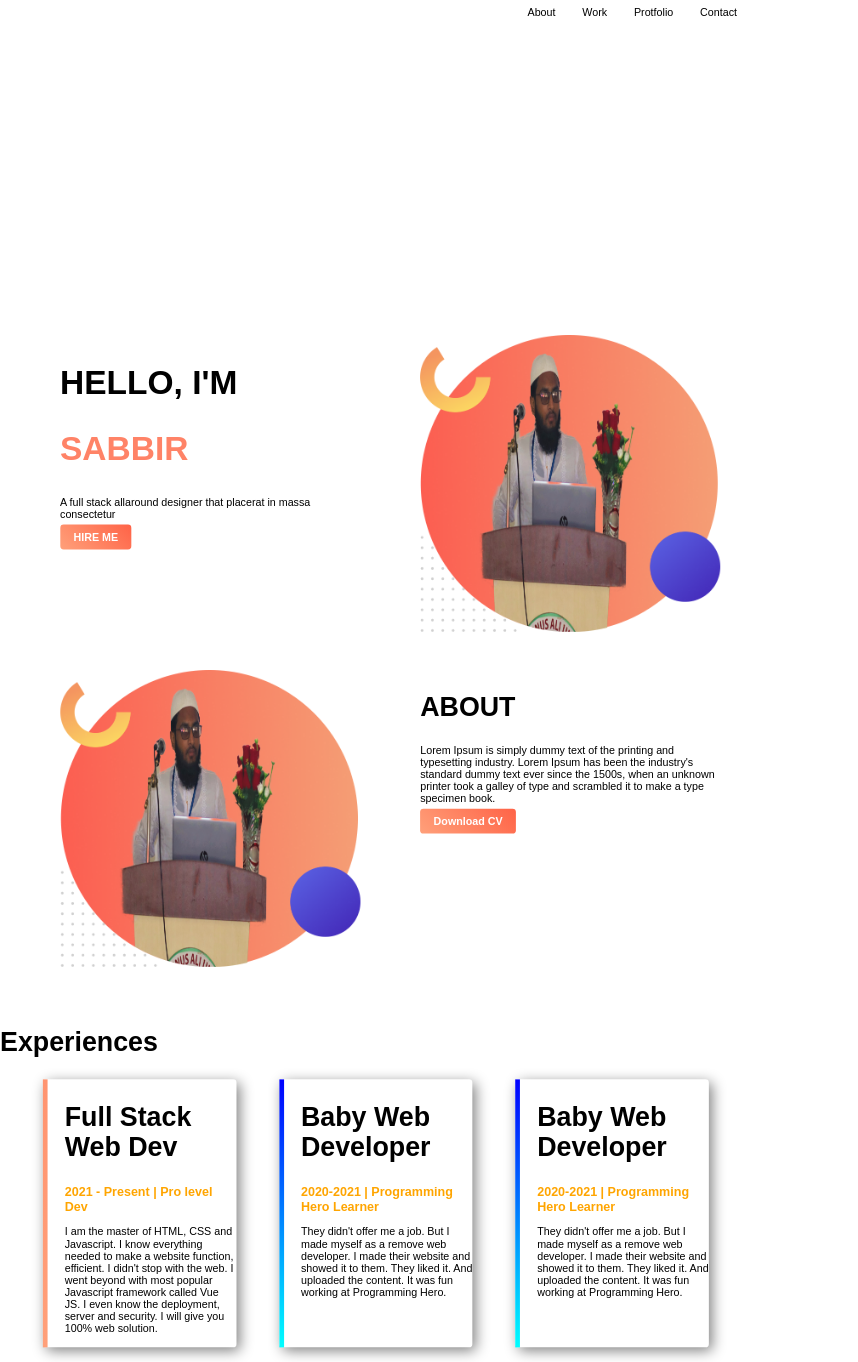
Repository: sabbircse3/personal-website
Page: index.html
An editor plug-in stored every save of this project. The page is shown before and after a run of saves, followed by the edit.
The browser window is 1280 px wide. The pictures show the whole page, at 67% of full size.

Above is the page before, as saved 2021-01-06 00:17:11.

### index.html
<!DOCTYPE html>
<html lang="en">
<head>
    <title>personal-website</title>
    <link rel="preconnect" href="https://fonts.gstatic.com">
    <link href="https://fonts.googleapis.com/css2?family=Montserrat&display=swap" rel="stylesheet">
    <link rel="stylesheet" href="style.css">
</head>
<body>

    <section>
        <div>
            <ul id="menu">
                <li><a href="#">Contact</a></li>
                <li><a href="#">Protfolio</a></li>
                <li><a href="#">Work</a></li>
                <li><a href="#">About</a></li>
            </ul>
        </div>
    </section>

    <section class="top-banner">
        <div class="half-width">
            <h1>HELLO, I'M</h1>
            <h1> <span class="name-highlight">SABBIR</span></h1>
            <p>A full stack allaround designer that placerat in massa consectetur</p>
            <a class="link-button" target="_blank" href="https://www.linkedin.com/company/programminghero/">HIRE ME</a>
        </div>

        <div class="half-width">
            <img src="images/sabbir1.png" alt="">
        </div>
    </section>

    <section class="about">
        <div class="half-width">
            <img src="images/sabbir1.png" alt="">
        </div>

        <div class="half-width">
            <h2> ABOUT</h2>
            <p>Lorem Ipsum is simply dummy text of the printing and typesetting industry. Lorem Ipsum has been the industry's standard dummy text ever since the 1500s, when an unknown printer took a galley of type and scrambled it to make a type specimen book.</p>
            <a class="link-button" target="_blank" href="https://www.linkedin.com/company/programminghero/">Download CV</a>
        </div>

    </section>

    <section class="experience-area">
        <h2>Experiences</h2>
        <div id="full-stack" class="half-width single-experience">
            <h2>Full Stack Web Dev</h2>
            <h3 class="orange-highlight">2021 - Present | Pro level Dev</h3>
            <p>I am the master of HTML, CSS and Javascript. I know everything needed to make a website function, efficient. I didn't stop with the web. I went beyond with most popular Javascript framework called Vue JS. I even know the deployment, server and security. I will give you 100% web solution.</p>

        </div>

        <div id="baby-web" class="half-width single-experience">
            <h2>Baby Web Developer</h2>
            <h3 class="orange-highlight">2020-2021 | Programming Hero Learner</h3>
            <p>They didn't offer me a job. But I made myself as a remove web developer. I made their website and showed it to them. They liked it. And uploaded the content. It was fun working at Programming Hero.</p>

        </div>

        <div id="baby-web" class="half-width single-experience">
            <h2>Baby Web Developer</h2>
            <h3 class="orange-highlight">2020-2021 | Programming Hero Learner</h3>
            <p>They didn't offer me a job. But I made myself as a remove web developer. I made their website and showed it to them. They liked it. And uploaded the content. It was fun working at Programming Hero.</p>

        </div>



    </section>

</body>
</html>

### style.css
body{
    font-family: sans-serif;
    margin: 0px;
}
#menu{
	padding:0;
	list-style-type:none;
	width:960px;
	margin:0 auto;
}
#menu li{
	float:right;
}
#menu li a{
	color:black;
	text-decoration:none;
	padding:10px 20px;
	display:block;
}

h1{
    font-size: 50px;
}
h2{
    font-size: 40px;
}
.name-highlight{
    color: #FF8367;
}
.half-width{
    width: 35%;
    float: left;
    margin-left: 5%;
    padding-left: 2%;
}
.half-width img{
    width: 100%;
}

section{
    height: 500px;
}
.link-button{
    text-decoration: none;
    background-image: linear-gradient(45deg, lightSalmon, tomato);
    padding: 10px 20px;
    border-radius: 5px;
    color: white;
    font-weight: 700;
}
.experience-area{
    background-image: #E5E5E5
    background-repeat: no-repeat;
    background-position: left;
}
.orange-highlight{
    color: orange;
}
.single-experience{
    box-shadow: 5px 5px 20px gray;
    border-radius: 5px;
	height: 80%;
	width: 20%;
}
#full-stack{
    border-left: 7px solid;
    border-image: linear-gradient(80deg, lightSalmon, tomato);
    border-image-slice: 1;
    background-color: white;
}
#baby-web{
    border-left: 7px solid;
    border-image: linear-gradient(180deg, blue, cyan);
    border-image-slice: 1;
}
footer p{
    text-align: center;
    font-size: 12px;
}

After the next 2 saves:
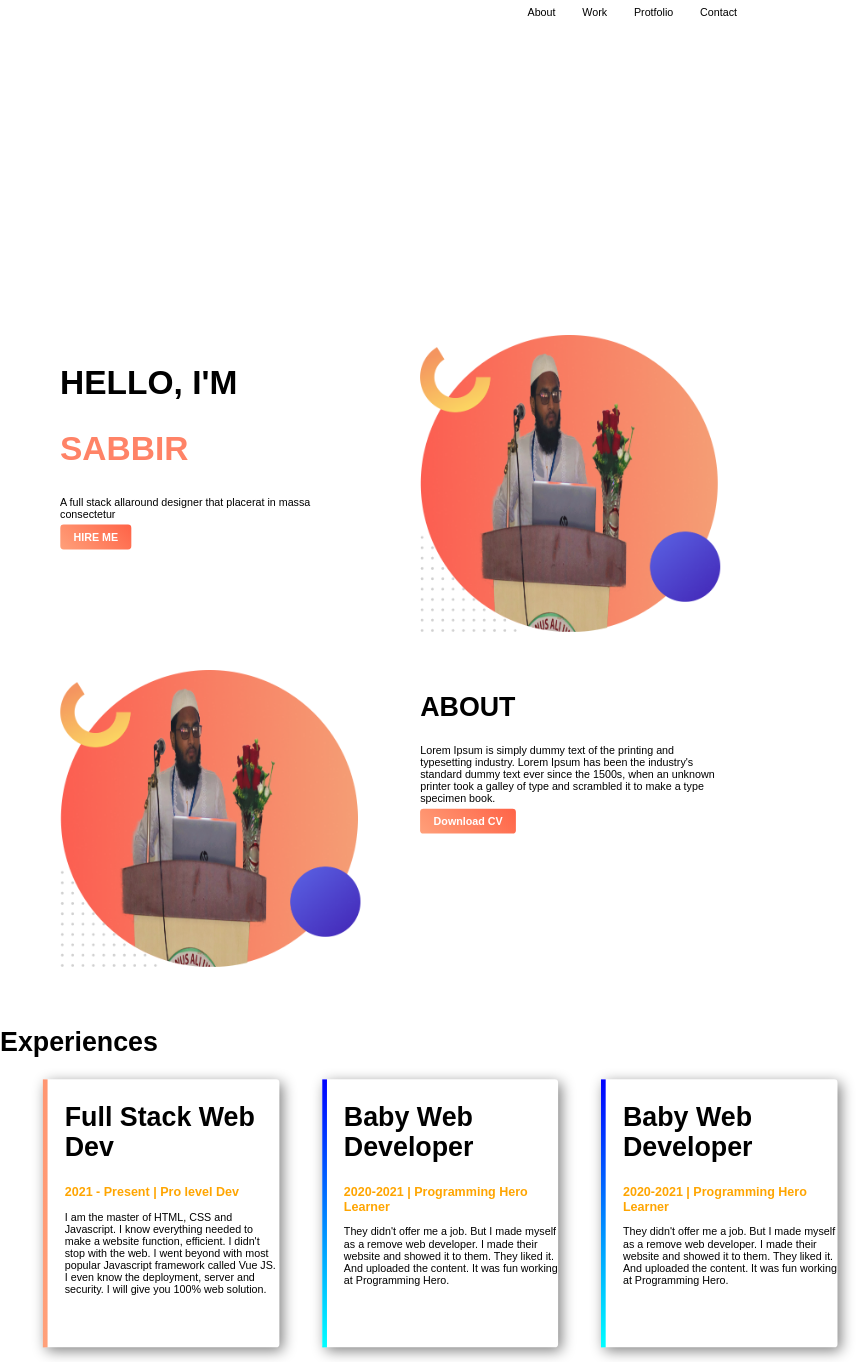
The 2 saves are shown as one change because they came seconds apart.
The last was saved 8 s later.
--- a/style.css
+++ b/style.css
@@ -60,7 +60,7 @@ section{
     box-shadow: 5px 5px 20px gray;
     border-radius: 5px;
 	height: 80%;
-	width: 20%;
+	width: 25%;
 }
 #full-stack{
     border-left: 7px solid;
